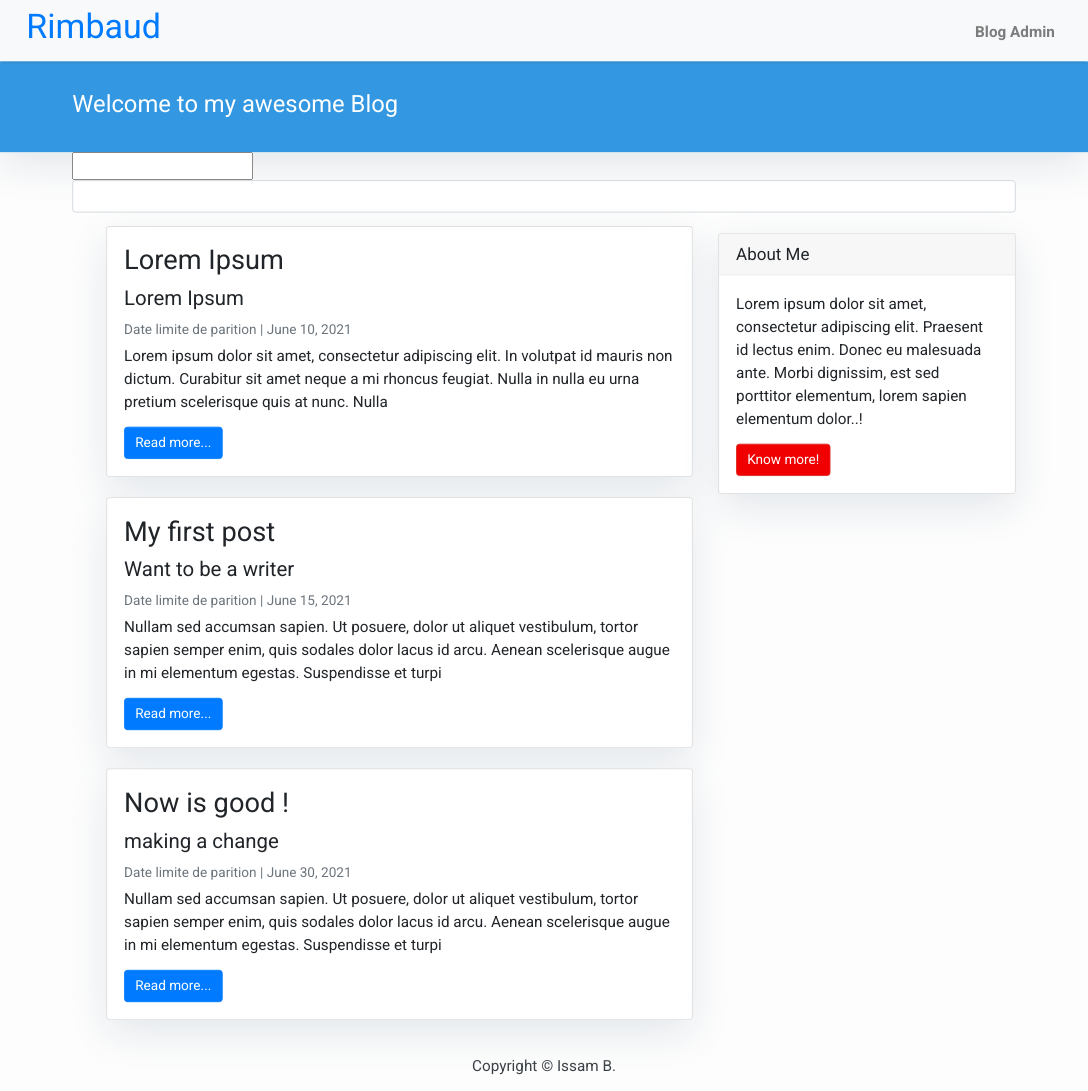
Repository: IssamBouzidi/rimbaud
Page: http://localhost/
The author's editor kept a copy of each file at every save. The page is drawn from the files as they stood at one save, then again after the next save.
The browser window is 1280 px wide. The pictures show the whole page, at 85% of full size.
The page is served by the project's application, run on Django 3.2 (manage.py). Other server files are loaded and not shown. The page reads the database file committed with the project.

Above is the page before, as saved 2021-06-04 01:19:44.

### blog/templates/index.html
{% extends "base.html" %}
{% block content %}
<style>
    body {
        font-family: "Roboto", sans-serif;
        font-size: 18px;
        background-color: #fdfdfd;
    }

    .head_text {
        color: white;
    }

    .card {
        box-shadow: 0 16px 48px #E3E7EB;
    }

    #id_radio:checked~.title_box {
        display: none;
    }

    #title_radio:checked~.id_box {
        display: none;
    }
</style>
<header class="masthead">
    <div class="overlay"></div>
    <div class="container">
        <div class="row">
            <div class=" col-md-8 col-md-10">
                <div class="site-heading">
                    <h3 class=" site-heading my-4 mt-3 text-white"> Welcome to my awesome Blog </h3>
                    </p>
                </div>
            </div>
        </div>
    </div>
</header>
<div class="container">
    <!-- <span class="title_box">Rechercher par titre: </span> -->
    <input type="text" id="title_box" class="title_box search_box">
    <input type="text" class="form-control title_box search_box" id="title_box" aria-describedby="emailHelp">
    <div class="row">
        <!-- Blog Entries Column -->
        <div id="articles_block" class="col-md-8 mt-3 left">
            {% include "detail_article.html" %}
        </div>
        {% block sidebar %} {% include 'sidebar.html' %} {% endblock sidebar %}
    </div>
</div>
<script type="text/javascript">
    const search_boxes = document.getElementsByClassName('search_box')
    const block_list = document.getElementById('articles_block')
    console.log('pass');
    const inputHandler = function (e) {
        console.log('function');
        value = document.getElementById("title_box").value;

        console.log('value: ' + value)
        request = new Request(
            '/search_article/' + value
        );

        fetch(request)
            .then(res => {
                if (res.ok) {
                    console.log('ok')
                    return res.text();
                } else {
                    console.log('error')
                    return Promise.reject(res.status);
                }
            })
            .then(res => block_list.innerHTML = res)
            .catch(err => console.log(`Erreur avec le message : ${err}`));
    }

    Array.prototype.forEach.call(search_boxes, function (search_box) { search_box.addEventListener('input', inputHandler) });

</script>
{%endblock%}

### blog/templates/base.html
<!DOCTYPE html>
<html>

    <head>
        <title>Django Central</title>
        <link href="https://fonts.googleapis.com/css?family=Roboto:400,700" rel="stylesheet">
        <meta name="google" content="notranslate" />
        <meta name="viewport" content="width=device-width, initial-scale=1" />
        <link rel="stylesheet" href="https://maxcdn.bootstrapcdn.com/bootstrap/4.0.0/css/bootstrap.min.css" integrity="sha384-Gn5384xqQ1aoWXA+058RXPxPg6fy4IWvTNh0E263XmFcJlSAwiGgFAW/dAiS6JXm"
            crossorigin="anonymous" />
    </head>

    <body>
        <style>
            body {
            font-family: "Roboto", sans-serif;
            font-size: 17px;
            background-color: #fdfdfd;
        }
        .shadow {
            box-shadow: 0 4px 2px -2px rgba(0, 0, 0, 0.1);
        }
        .btn-danger {
            color: #fff;
            background-color: #f00000;
            border-color: #dc281e;
        }
        .masthead {
            background: #3398E1;
            height: auto;
            padding-bottom: 15px;
            box-shadow: 0 16px 48px #E3E7EB;
            padding-top: 10px;
        }
    </style>

    <!-- {% block title %}{% if subtitle %}{{ subtitle }} | {% endif %}{{ title }} | {{ site_title|default:_('Django site admin') }}{% endblock %} -->
        <!-- Navigation -->
        <nav class="navbar navbar-expand-lg navbar-light bg-light shadow" id="mainNav">
            <div class="container-fluid">
                {% block branding %}
                    <h1 id="site-name"><a href="#">Rimbaud</a></h1>
                {% endblock %}
                <button class="navbar-toggler navbar-toggler-right" type="button" data-toggle="collapse" data-target="#navbarResponsive"
                    aria-controls="navbarResponsive" aria-expanded="false" aria-label="Toggle navigation">
                    <span class="navbar-toggler-icon"></span>
                </button>
                <div class="collapse navbar-collapse" id="navbarResponsive">
                    <ul class="navbar-nav ml-auto">
                        <li class="nav-item text-black">
                            <a class="nav-link text-black font-weight-bold" href="{% url 'admin:index' %}">
                                {{ site_title|default:_('Blog Admin') }}
                            </a>
                        </li>
                    </ul>
                </div>
            </div>
        </nav>
        {% block content %}
        <!-- Content Goes here -->
        {% endblock content %}
        <!-- Footer -->
        <footer class="py-3 bg-grey">
            <p class="m-0 text-dark text-center ">Copyright &copy; Issam B.</p>
        </footer>
    </body>
</html>

### blog/templates/detail_article.html
<ul>
    {% for article in articles %}
    <div class="card mb-4">
        <div class="card-body">
            <h2 class="card-title">{{ article.title }}</h2>
            <h4 class="card-title">{{ article.description }}</h4>
            <p class="card-text text-muted h6">Date limite de parition | {{ article.visibility_date_limit}} </p>
            <p class="card-text">{{article.article|slice:":200" }}</p>
            <a href="/article/{{ article.id }}" class="btn btn-primary">Read more...</a>
        </div>
    </div>
    {% endfor %}
</ul>

### blog/templates/sidebar.html
{% block sidebar %}

<style>
        .card{
            box-shadow: 0 16px 48px #E3E7EB;
        }

</style>

<!-- Sidebar Widgets Column -->
<div class="col-md-4 float-right ">
<div class="card my-4">
        <h5 class="card-header">About Me</h5>
    <div class="card-body">
        <p class="card-text"> Lorem ipsum dolor sit amet, consectetur adipiscing elit. Praesent id lectus enim. Donec eu malesuada ante. Morbi dignissim, est sed porttitor elementum, lorem sapien elementum dolor..!</p>
        <a href="#" class="btn btn-danger">Know more!</a>
    </div>
</div>
</div>

{% endblock sidebar %}

### blog/models.py
from django.db import models


class Article(models.Model):
    title = models.CharField("Titre", max_length=25)
    description = models.CharField("Déscription", max_length=50)
    article = models.TextField("Article", max_length=1000)
    visibility_date_limit = models.DateField("Date limite de parution")
    visible_only_by_admin = models.BooleanField("Article visible par l'administrateur uniquement", default=True)

### blog/views.py
from django.shortcuts import render
from django.http import HttpResponse
from blog.models import Article
from django.db.models.query import QuerySet
import datetime


def get_all(request):
    query = __find_articles_query(request.user.is_superuser)
    articles_list = {"articles": query}
#    return render(request, "all.html", articles_list)
    return render(request, "index.html", articles_list)



def get_article(request, id: str):
    print(f'id: {id.__class__.__name__}')
    query = (__find_articles_query(request.user.is_superuser).filter(id=id).first())
    article = {"article": query}
    return render(request, "article.html", article)


def search_article(request, title: str = None):
    if title is None:
        query = __find_articles_query(request.user.is_superuser)
    else:
        query = __find_articles_query(request.user.is_superuser).filter(
            title__icontains=title
        )

    articles_list = {"articles": query}
    return render(request, "detail_article.html", articles_list)


def __find_articles_query(is_admin: bool = False) -> QuerySet:
    articles = Article.objects.exclude(
        visibility_date_limit__lt=datetime.datetime.now(),
    ).order_by("id")

    if not is_admin:
        articles = articles.exclude(
            visible_only_by_admin=True,
        )

    return articles

### rimbaud/urls.py
"""rimbaud URL Configuration

The `urlpatterns` list routes URLs to views. For more information please see:
    https://docs.djangoproject.com/en/3.1/topics/http/urls/
Examples:
Function views
    1. Add an import:  from my_app import views
    2. Add a URL to urlpatterns:  path('', views.home, name='home')
Class-based views
    1. Add an import:  from other_app.views import Home
    2. Add a URL to urlpatterns:  path('', Home.as_view(), name='home')
Including another URLconf
    1. Import the include() function: from django.urls import include, path
    2. Add a URL to urlpatterns:  path('blog/', include('blog.urls'))
"""
from django.contrib import admin
from django.urls import include, path

urlpatterns = [
    path('admin/', admin.site.urls),
    path('', include('blog.urls'))
]

### blog/urls.py
from django.urls import path

from . import views

urlpatterns = [
    path("", views.get_all),
    path("article/<str:id>", views.get_article),
    path("search_article/", views.search_article),
    path("search_article/<str:title>", views.search_article)
]

### db.sqlite3 (the tables this page reads, as SQL)
CREATE TABLE "blog_article" ("id" integer NOT NULL PRIMARY KEY AUTOINCREMENT, "title" varchar(25) NOT NULL, "description" varchar(50) NOT NULL, "article" text NOT NULL, "visible_only_by_admin" bool NOT NULL, "visibility_date_limit" date NOT NULL);
INSERT INTO "blog_article" VALUES
(1, 'Lorem Ipsum', 'Lorem Ipsum', 'Lorem ipsum dolor sit amet, consectetur adipiscing elit. In volutpat id mauris non dictum. Curabitur sit amet neque a mi rhoncus feugiat. Nulla in nulla eu urna pretium scelerisque quis at nunc. Nulla leo purus, blandit a porta in, auctor ac ante. Praesent suscipit turpis volutpat velit suscipit maximus. Donec eget tincidunt lacus, sed ultrices diam. Vestibulum tellus nisl, pellentesque suscipit ornare rhoncus, accumsan eu elit. Aliquam erat volutpat. Vivamus dictum nibh ut sem molestie, et maximus sapien vestibulum. Pellentesque faucibus porta leo.

Vivamus feugiat enim dui, id ultricies dui vulputate et. Nam vulputate erat nisi, sed interdum nibh convallis ut. Morbi vitae quam quis mi mollis luctus ut in arcu. Nam vel enim ac mauris pulvinar dignissim quis at augue. Phasellus in nisi justo. Maecenas condimentum efficitur justo vel ultricies. Vivamus commodo, arcu non cursus congue, nisi magna ultricies magna, vel consequat tortor leo vel nunc.', 0, '2021-06-10'),
(2, 'My first post', 'Want to be a writer', 'Nullam sed accumsan sapien. Ut posuere, dolor ut aliquet vestibulum, tortor sapien semper enim, quis sodales dolor lacus id arcu. Aenean scelerisque augue in mi elementum egestas. Suspendisse et turpis et nibh pretium ultricies venenatis nec urna. Mauris eget congue enim. Nulla condimentum ex quis suscipit gravida. Praesent tristique massa ac dignissim commodo. Fusce purus tellus, mattis nec bibendum nec, maximus sed risus. Morbi consequat pellentesque erat et blandit. Interdum et malesuada fames ac ante ipsum primis in faucibus. Donec imperdiet nisl sit amet nibh ornare, dapibus sodales ligula finibus. Curabitur sagittis faucibus tempus. In ante nulla, aliquam bibendum quam eget, accumsan semper urna.

Sed euismod libero ut fermentum finibus. Donec vulputate varius tortor, id dapibus ex rutrum sed. Vestibulum sed odio lacus. Integer commodo lacus vel ex congue rhoncus in non erat. Maecenas efficitur interdum tincidunt. Vivamus semper, leo at lacinia sodales, sapien tortor egestas', 0, '2021-06-15'),
(3, 'Now is good !', 'making a change', 'Nullam sed accumsan sapien. Ut posuere, dolor ut aliquet vestibulum, tortor sapien semper enim, quis sodales dolor lacus id arcu. Aenean scelerisque augue in mi elementum egestas. Suspendisse et turpis et nibh pretium ultricies venenatis nec urna. Mauris eget congue enim. Nulla condimentum ex quis suscipit gravida. Praesent tristique massa ac dignissim commodo. Fusce purus tellus, mattis nec bibendum nec, maximus sed risus. Morbi consequat pellentesque erat et blandit. Interdum et malesuada fames ac ante ipsum primis in faucibus. Donec imperdiet nisl sit amet nibh ornare, dapibus sodales ligula finibus. Curabitur sagittis faucibus tempus. In ante nulla, aliquam bibendum quam eget, accumsan semper urna.

Sed euismod libero ut fermentum finibus. Donec vulputate varius tortor, id dapibus ex rutrum sed. Vestibulum sed odio lacus. Integer commodo lacus vel ex congue rhoncus in non erat. Maecenas efficitur interdum tincidunt. Vivamus semper, leo at lacinia sodales, sapien tortor egestas', 0, '2021-06-30');

After the next save:
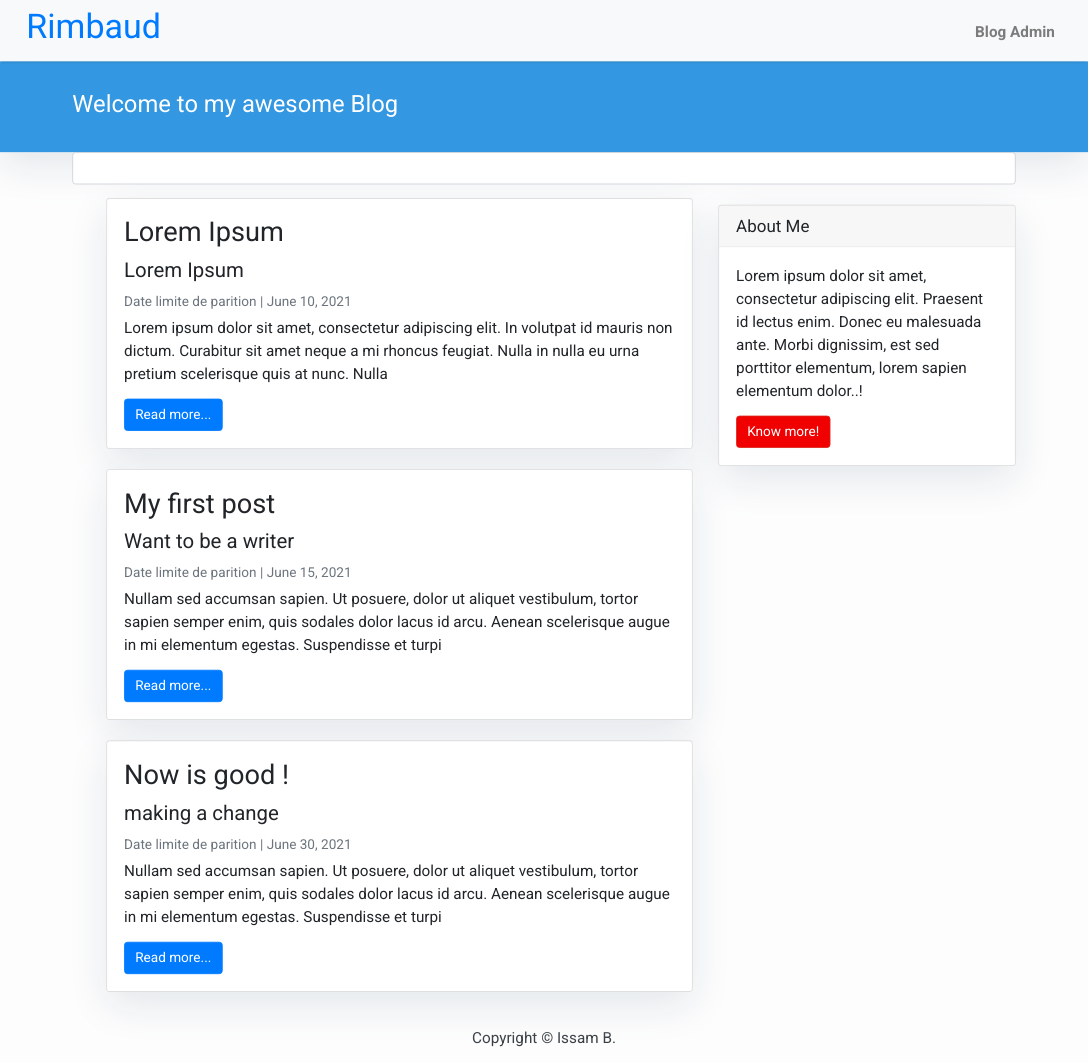
Saved 9 s later.
--- a/blog/templates/index.html
+++ b/blog/templates/index.html
@@ -38,7 +38,7 @@
 </header>
 <div class="container">
     <!-- <span class="title_box">Rechercher par titre: </span> -->
-    <input type="text" id="title_box" class="title_box search_box">
+    <!-- <input type="text" id="title_box" class="title_box search_box"> -->
     <input type="text" class="form-control title_box search_box" id="title_box" aria-describedby="emailHelp">
     <div class="row">
         <!-- Blog Entries Column -->
